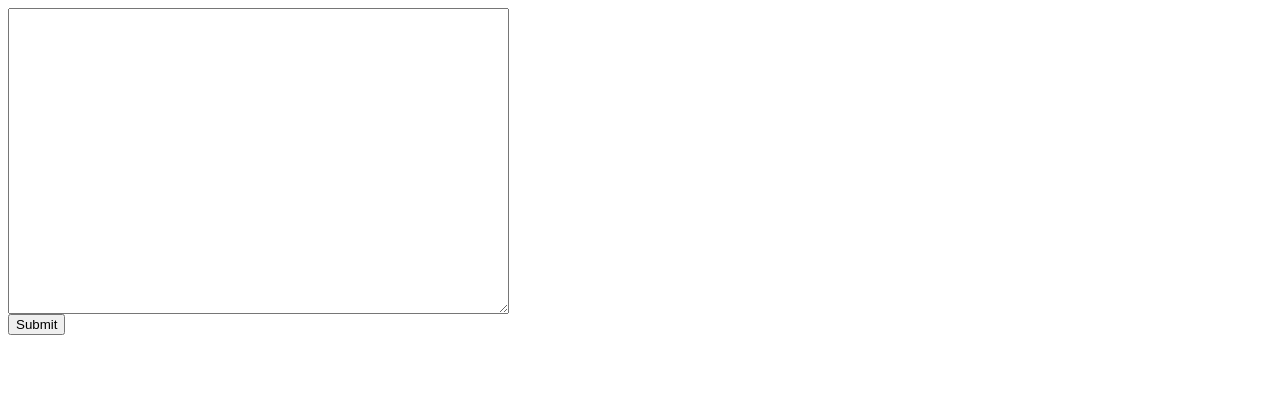
Repository: fmol2y/MusicMax
Page: http://localhost/MusicMax/unoszanimljivosti.jsp
The author's editor kept a copy of each file at every save. The page is drawn from the files as they stood at one save, then again after the next save.
The browser window is 1280 px wide. The pictures show the whole page.
The page is served by Tomcat 9.

Above is the page before, as saved 2016-05-10 00:18:00.

After the next save:
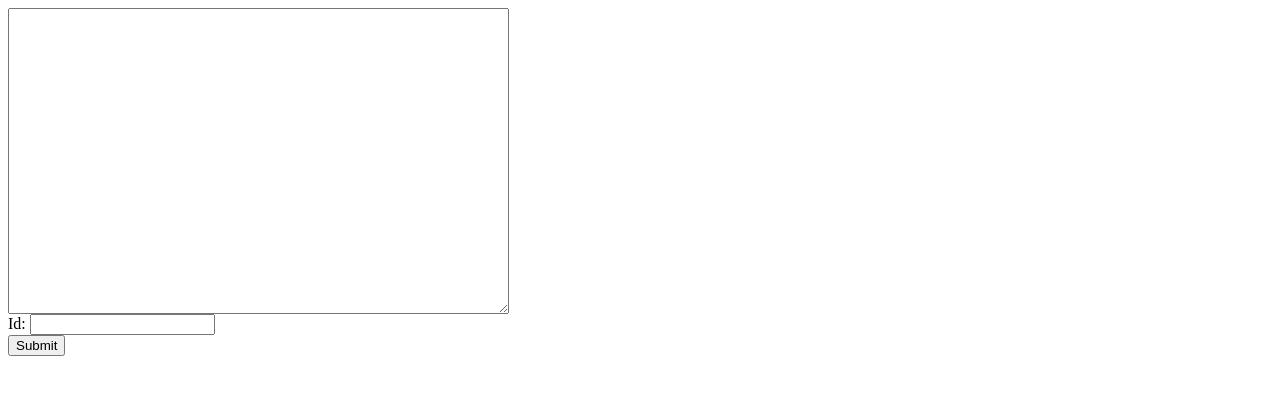
Saved 105 s later.
--- a/MusicMax/src/main/webapp/unoszanimljivosti.jsp
+++ b/MusicMax/src/main/webapp/unoszanimljivosti.jsp
@@ -8,6 +8,7 @@
 </head>
 <body>
 	<textarea rows="20" cols="60" name="tekst"></textarea><br>
+	Id: <input type="text" name="id"><br>
 	<input type="submit" name="Save">
 </body>
 </html>
